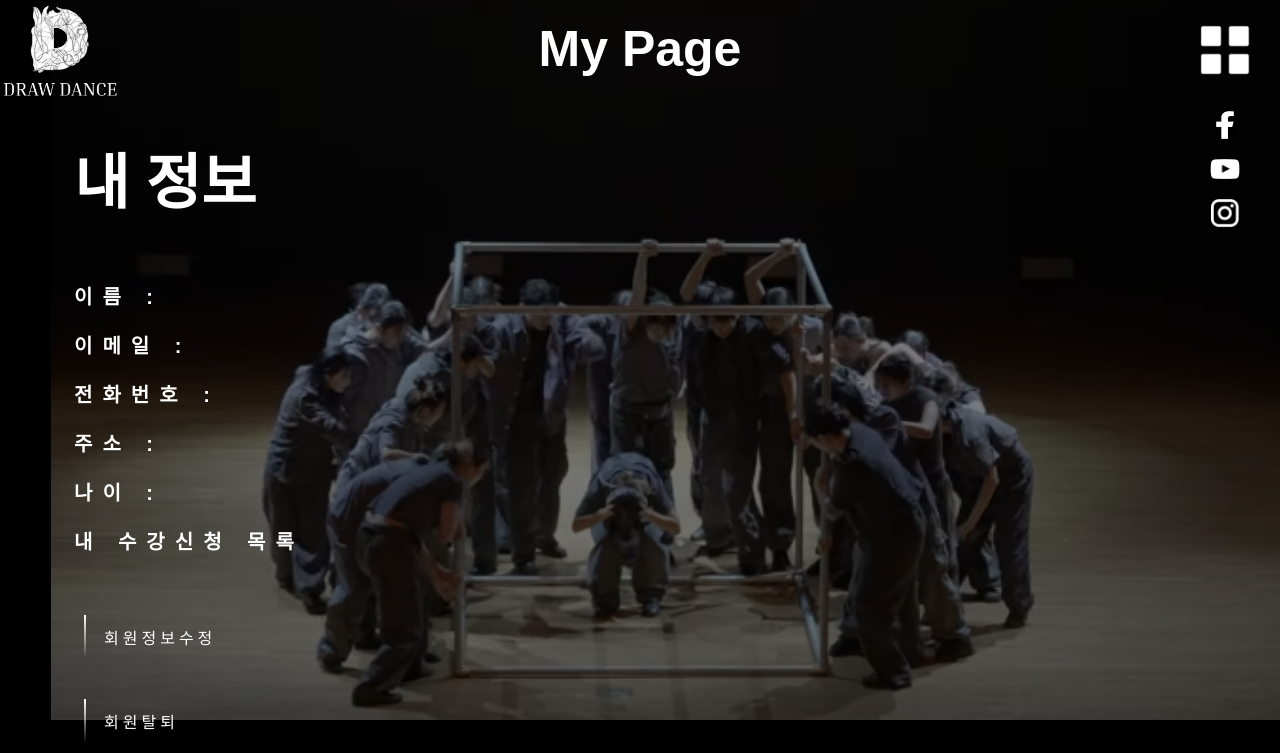
Repository: seonghun9906/semiProject
Page: http://localhost/drawAcademy/WEB-INF/views/member/mypage.jsp
An editor plug-in stored every save of this project. The page is shown before and after the next save, followed by the edit.
The browser window is 1280 px wide. The pictures show the whole page.
The page is served by Tomcat 9. Nobody is signed in. The template is opened directly, without the code that normally fills it, so the values that code supplies are empty.

Above is the page before, as saved 2024-02-27 00:06:35.

After the next save:
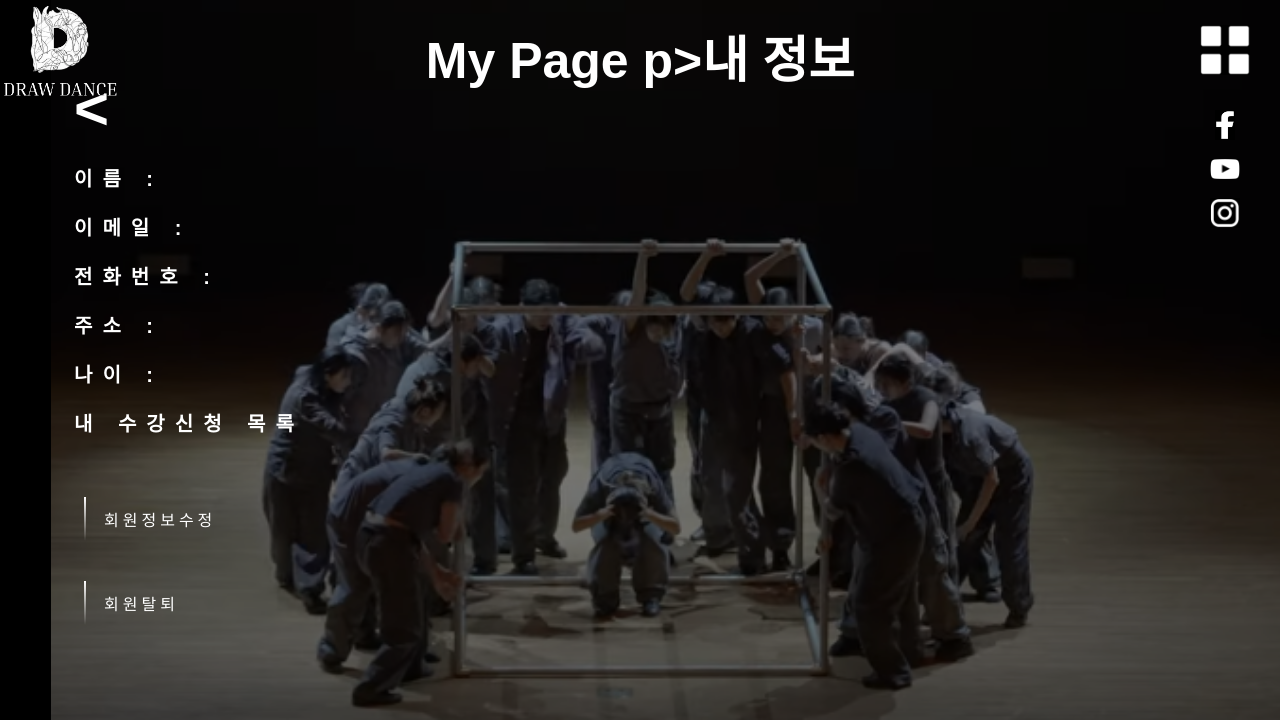
Saved 27 s later.
--- a/drawAcademy/src/main/webapp/WEB-INF/views/member/mypage.jsp
+++ b/drawAcademy/src/main/webapp/WEB-INF/views/member/mypage.jsp
@@ -23,9 +23,10 @@
     </div>
     <div class="title">
         My Page
+        p>내 정보</p>
     </div>
     <div class="middle-part">
-        <p>내 정보</p>
+        <
         <div class="low-part">
             <form action="mypage" method="get">
                 <p>이름 : ${memberDto.m_name}</p>

After the save that followed:
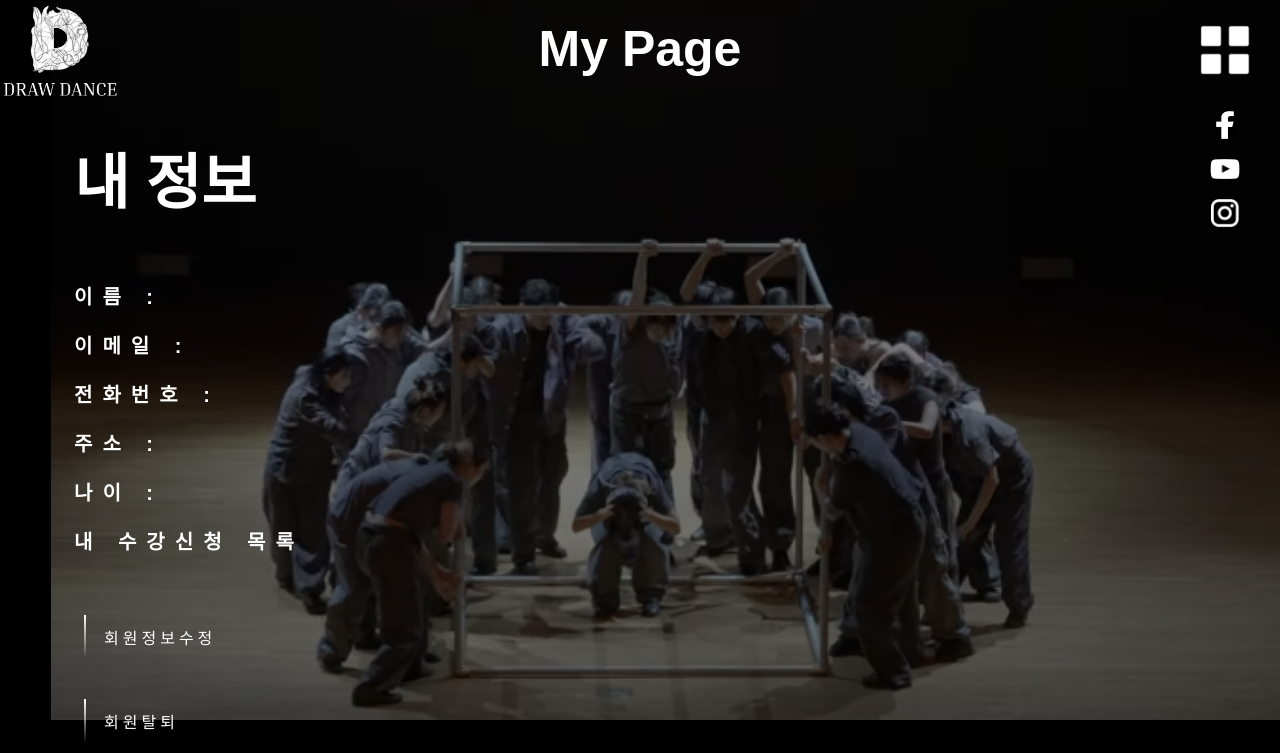
Saved 4 s later.
--- a/drawAcademy/src/main/webapp/WEB-INF/views/member/mypage.jsp
+++ b/drawAcademy/src/main/webapp/WEB-INF/views/member/mypage.jsp
@@ -23,10 +23,10 @@
     </div>
     <div class="title">
         My Page
-        p>내 정보</p>
+
     </div>
     <div class="middle-part">
-        <
+        <p>내 정보</p>
         <div class="low-part">
             <form action="mypage" method="get">
                 <p>이름 : ${memberDto.m_name}</p>
